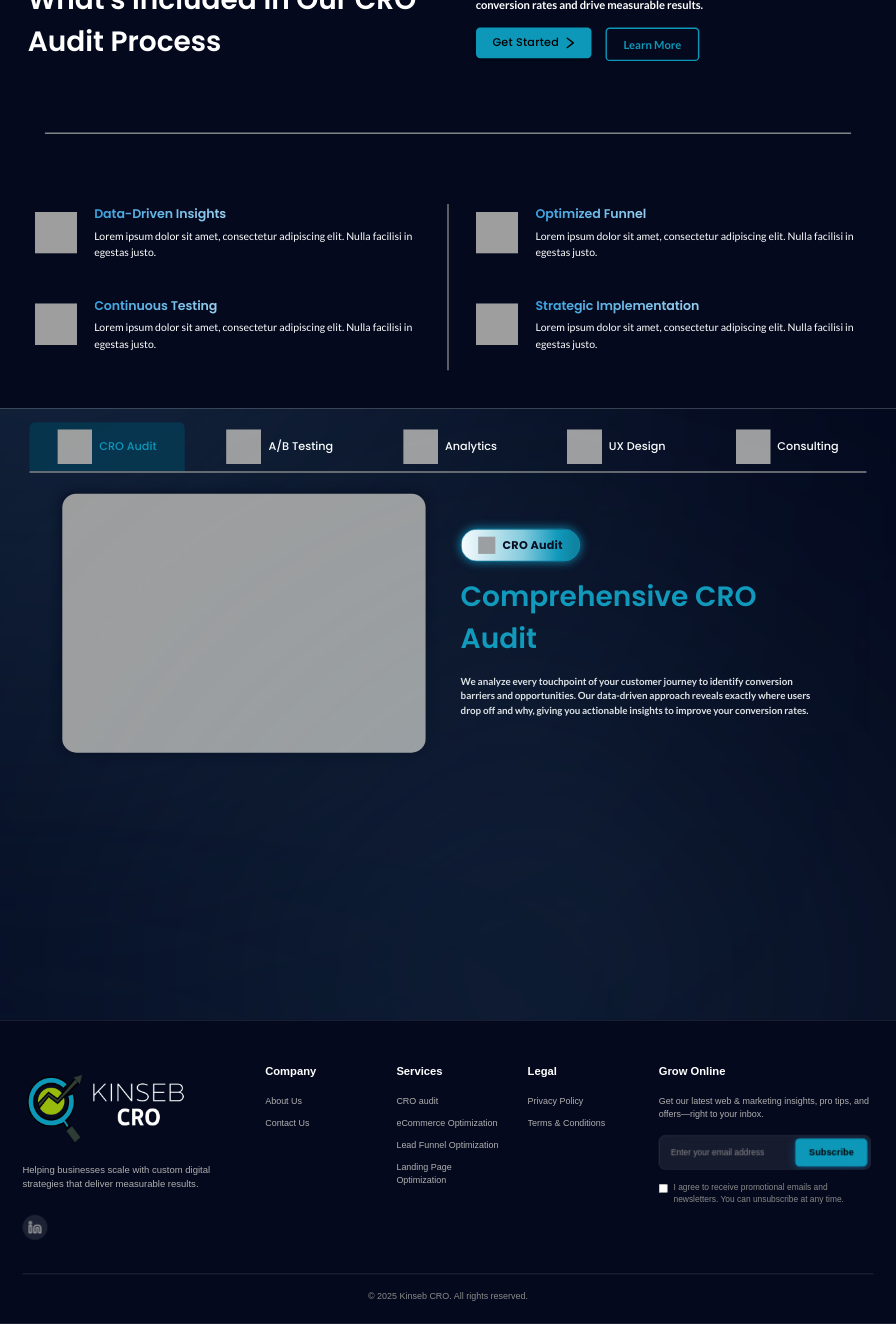
Repository: YahyaK01/kinseb
Page: /services
An editor plug-in stored every save of this project. The page is shown before and after the next save, followed by the edit.
The browser window is 1280 px wide. The pictures show the part of the page from y = 1815 to 3735 px (the page is 3707 px tall before and 3735 px after), at 70% of full size.
Pictures or frames that could not be fetched are drawn as grey boxes. The project was rebuilt for these pictures with package versions that can differ from the ones it lists, and the page was loaded fresh each time. Also part of the build but not shown: src/components/FAQ.js, src/components/CTA.jsx, src/components/MetricsSection.jsx, src/components/WhyCROMatter.jsx, src/components/Processsection.jsx, src/components/Hero.jsx, src/components/CEO.jsx, src/components/Testimonia.jsx and 14 more.

Above is the page before, as saved 2025-12-05 18:15:01.

### public/index.html
<!DOCTYPE html>
<html lang="en">
  <head>
    <meta charset="utf-8" />
    <link rel="icon" href="/images/website-logo.png" />
    <meta name="viewport" content="width=device-width, initial-scale=1" />
    <meta name="theme-color" content="#000000" />
    <meta
      name="description"
      content="Kinseb CRO - Your trusted partner for Conversion Rate Optimization. We specialize in data-driven CRO strategies, A/B testing, user experience optimization, and conversion funnel analysis to maximize your website's performance and ROI."
    />
    <meta name="keywords" content="conversion rate optimization, CRO services, A/B testing, conversion funnel optimization, user experience optimization, website optimization, Kinseb CRO, landing page optimization, conversion strategy, increase conversions" />
    <meta name="author" content="Kinseb CRO" />
    <meta property="og:title" content="Kinseb CRO - Conversion Rate Optimization Experts" />
    <meta property="og:description" content="Your trusted partner for data-driven Conversion Rate Optimization. We help businesses maximize their website conversions through strategic testing and optimization." />
    <meta property="og:image" content="/images/website-logo.png" />
    <meta property="og:type" content="website" />
    <meta name="twitter:card" content="summary_large_image" />
    <meta name="twitter:title" content="Kinseb CRO - Conversion Rate Optimization Experts" />
    <meta name="twitter:description" content="Your trusted partner for data-driven Conversion Rate Optimization. Turn more visitors into customers with strategic testing and optimization." />
    <meta name="twitter:image" content="/images/logo.png" />
    <link rel="apple-touch-icon" href="/images/logo.png" />

    <!-- Preconnect to Google Fonts (speeds up font loading) -->
    <link rel="preconnect" href="https://fonts.googleapis.com">
    <link rel="preconnect" href="https://fonts.gstatic.com" crossorigin>

    <!-- Async load fonts (non-blocking - won't delay page render) -->
    <link rel="preload" as="style" href="https://fonts.googleapis.com/css2?family=Poppins:wght@300;400;500;600;700&display=swap" onload="this.onload=null;this.rel='stylesheet'">
    <link rel="preload" as="style" href="https://fonts.googleapis.com/css2?family=Lato:wght@100;300;400;700;900&display=swap" onload="this.onload=null;this.rel='stylesheet'">

    <!-- Fallback for browsers without JavaScript -->
    <noscript>
      <link rel="stylesheet" href="https://fonts.googleapis.com/css2?family=Poppins:wght@300;400;500;600;700&display=swap">
      <link rel="stylesheet" href="https://fonts.googleapis.com/css2?family=Lato:wght@100;300;400;700;900&display=swap">
    </noscript>

    <!--
      manifest.json provides metadata used when your web app is installed on a
      user's mobile device or desktop. See https://developers.google.com/web/fundamentals/web-app-manifest/
    -->
    <link rel="manifest" href="%PUBLIC_URL%/manifest.json" />
    <!--
      Notice the use of %PUBLIC_URL% in the tags above.
      It will be replaced with the URL of the `public` folder during the build.
      Only files inside the `public` folder can be referenced from the HTML.

      Unlike "/favicon.ico" or "favicon.ico", "%PUBLIC_URL%/favicon.ico" will
      work correctly both with client-side routing and a non-root public URL.
      Learn how to configure a non-root public URL by running `npm run build`.
    -->
    <title>Kinseb CRO - Conversion Rate Optimization Experts</title>
  </head>
  <body>
    <noscript>You need to enable JavaScript to run this app.</noscript>
    <div id="root"></div>
    <!--
      This HTML file is a template.
      If you open it directly in the browser, you will see an empty page.

      You can add webfonts, meta tags, or analytics to this file.
      The build step will place the bundled scripts into the <body> tag.

      To begin the development, run `npm start` or `yarn start`.
      To create a production bundle, use `npm run build` or `yarn build`.
    -->
  </body>
</html>

### src/components/marquee.jsx
import React, { useEffect, useState } from 'react';

const TrustedBrands = () => {
  const [windowWidth, setWindowWidth] = useState(window.innerWidth);
  const [isPaused, setIsPaused] = useState(false);

  useEffect(() => {
    const handleResize = () => setWindowWidth(window.innerWidth);
    window.addEventListener('resize', handleResize);
    return () => window.removeEventListener('resize', handleResize);
  }, []);

  const brands = [
    { name: 'Brand 1', logo: '/images/8.png' },
    { name: 'Brand 2', logo: '/images/9.png' },
    { name: 'Brand 3', logo: '/images/10.png' },
    { name: 'Brand 4', logo: '/images/11.png' },
    { name: 'Brand 5', logo: '/images/12.png' },
  ];

  // Duplicate brands for seamless loop
  const duplicatedBrands = [...brands, ...brands, ...brands];

  const containerStyle = {
    display: 'flex',
    flexDirection: 'column',
    justifyContent: 'center',
    alignItems: 'center',
    padding: windowWidth < 768 ? '40px 0' : '50px 0',
    width: '100%',
    minHeight: windowWidth < 768 ? 'auto' : '228px',
    background: '#04091D',
    overflow: 'hidden',
    boxSizing: 'border-box',
  };

  const innerContainerStyle = {
    display: 'flex',
    flexDirection: 'column',
    alignItems: 'center',
    gap: windowWidth < 768 ? '24px' : '32px',
    width: '100%',
    maxWidth: '100%',
    overflow: 'hidden',
  };

  const titleStyle = {
    fontFamily: "'Lato', -apple-system, BlinkMacSystemFont, 'Segoe UI', sans-serif",
    fontWeight: 600,
    fontSize: windowWidth < 480 ? '16px' : '18px',
    lineHeight: '24px',
    textAlign: 'center',
    color: '#FDFFFA',
    margin: 0,
    padding: '0 16px',
  };

  const marqueeContainerStyle = {
    width: '100%',
    overflow: 'hidden',
    position: 'relative',
    maskImage: 'linear-gradient(to right, transparent, black 10%, black 90%, transparent)',
    WebkitMaskImage: 'linear-gradient(to right, transparent, black 10%, black 90%, transparent)',
  };

  const marqueeStyle = {
    display: 'flex',
    flexDirection: 'row',
    alignItems: 'center',
    gap: windowWidth < 480 ? '20px' : '40px',
    animation: isPaused ? 'none' : 'marquee 30s linear infinite',
    width: 'max-content',
    willChange: 'transform',
  };

  const cardStyle = {
    display: 'flex',
    flexDirection: 'row',
    justifyContent: 'center',
    alignItems: 'center',
    padding: windowWidth < 480 ? '12px 20px' : '16px 30px',
    minWidth: windowWidth < 480 ? '140px' : '180px',
    height: windowWidth < 480 ? '60px' : '72px',
    background: 'transparent',
    flexShrink: 0,
    cursor: 'pointer',
    transition: 'transform 0.3s ease',
  };

  const logoStyle = {
    width: windowWidth < 480 ? '80px' : windowWidth < 768 ? '100px' : '120px',
    height: 'auto',
    maxHeight: windowWidth < 480 ? '50px' : '60px',
    objectFit: 'contain',
    transition: 'transform 0.3s ease',
  };

  const keyframesStyle = `
    @keyframes marquee {
      0% {
        transform: translateX(0);
      }
      100% {
        transform: translateX(-33.333%);
      }
    }
  `;

  return (
    <>
      <style>{keyframesStyle}</style>
      <div style={containerStyle}>
        <div style={innerContainerStyle}>
          <h2 style={titleStyle}>Trusted by Leading Brands</h2>

          <div style={marqueeContainerStyle}>
            <div style={marqueeStyle}>
              {duplicatedBrands.map((brand, index) => (
                <div
                  key={index}
                  style={cardStyle}
                  onMouseEnter={() => setIsPaused(true)}
                  onMouseLeave={() => setIsPaused(false)}
                >
                  <img
                    src={brand.logo}
                    alt={brand.name}
                    style={logoStyle}
                  />
                </div>
              ))}
            </div>
          </div>
        </div>
      </div>
    </>
  );
};

export default TrustedBrands;

### src/components/ServiceTabSection.jsx
import React, { useEffect, useRef, useState } from 'react';

const ServiceTabSection = () => {
  const [isVisible, setIsVisible] = useState(false);
  const [activeTab, setActiveTab] = useState(0);
  const sectionRef = useRef(null);
  const contentAreaRef = useRef(null);

  useEffect(() => {
    const observer = new IntersectionObserver(
      ([entry]) => {
        if (entry.isIntersecting && !isVisible) {
          setIsVisible(true);

          setTimeout(() => {
            if (contentAreaRef.current) {
              contentAreaRef.current.scrollIntoView({
                behavior: 'smooth',
                block: 'start',
                inline: 'nearest'
              });
            }
          }, 100);
        }
      },
      {
        threshold: 0.1,
        rootMargin: '0px'
      }
    );

    if (sectionRef.current) {
      observer.observe(sectionRef.current);
    }

    return () => {
      if (sectionRef.current) {
        observer.unobserve(sectionRef.current);
      }
    };
  }, [isVisible]);

  // Wrapper Style
  const wrapperStyle = {
    width: '100%',
    background: '#04091D',
    position: 'relative',
    overflow: 'hidden',
  };

  // Main Container Style
  const containerStyle = {
    display: 'flex',
    flexDirection: 'column',
    justifyContent: 'center',
    alignItems: 'center',
    padding: '100px 0px',
    gap: '60px', // Reduced from 100px to 60px
    maxWidth: '1440px',
    margin: '0 auto',
    width: '100%',
    position: 'relative',
    isolation: 'isolate',
  };

  // Decorative Blur Ellipses - Updated positions
  const ellipse1Style = {
    position: 'absolute',
    width: '486px',
    height: '486px',
    left: '-213px',
    top: '-187px',
    background: 'linear-gradient(263.69deg, #FFFFFF -108.11%, #3AA1DE 98.19%)',
    filter: 'blur(400px)',
    pointerEvents: 'none',
    zIndex: 0,
  };

  const ellipse2Style = {
    position: 'absolute',
    width: '280px',
    height: '280px',
    left: '-151px',
    top: '1739px',
    background: 'linear-gradient(263.69deg, #FFFFFF -108.11%, #3AA1DE 98.19%)',
    filter: 'blur(350px)',
    pointerEvents: 'none',
    zIndex: 1,
  };

  const ellipse3Style = {
    position: 'absolute',
    width: '350px',
    height: '350px',
    left: '562px',
    top: '913px',
    background: 'linear-gradient(263.69deg, #FFFFFF -108.11%, #3AA1DE 98.19%)',
    filter: 'blur(350px)',
    pointerEvents: 'none',
    zIndex: 2,
  };

  const ellipse4Style = {
    position: 'absolute',
    width: '350px',
    height: '350px',
    left: '941px',
    top: '2277px',
    background: 'linear-gradient(263.69deg, #FFFFFF -108.11%, #3AA1DE 98.19%)',
    filter: 'blur(350px)',
    pointerEvents: 'none',
    zIndex: 3,
  };

  const ellipse5Style = {
    position: 'absolute',
    width: '267px',
    height: '267px',
    left: '139px',
    top: '2319px',
    background: 'linear-gradient(263.69deg, #FFFFFF -108.11%, #3AA1DE 98.19%)',
    filter: 'blur(275px)',
    pointerEvents: 'none',
    zIndex: 4,
  };

  // Header Section Styles
  const headerContainerStyle = {
    display: 'flex',
    flexDirection: 'column',
    alignItems: 'center',
    padding: '0px',
    gap: '30px',
    width: '100%',
    maxWidth: '1440px',
    zIndex: 5,
    opacity: isVisible ? 1 : 0,
    transform: isVisible ? 'translateY(0)' : 'translateY(30px)',
    transition: 'all 0.6s cubic-bezier(0.4, 0, 0.2, 1) 0.2s',
  };

  const headerInnerStyle = {
    display: 'flex',
    flexDirection: 'column',
    justifyContent: 'center',
    alignItems: 'center',
    padding: '0px',
    isolation: 'isolate',
    width: '1236px',
    maxWidth: '100%',
  };

  const headingStyle = {
    fontFamily: "'Poppins', sans-serif",
    fontWeight: 600,
    fontSize: '40px',
    lineHeight: '64px',
    textAlign: 'center',
    letterSpacing: '-0.03em',
    textTransform: 'capitalize',
    color: '#FFFFFF',
    margin: 0,
    width: '100%',
  };

  const paragraphStyle = {
    fontFamily: "'Lato', sans-serif",
    fontWeight: 400,
    fontSize: '14px',
    lineHeight: '28px',
    textAlign: 'center',
    letterSpacing: '-0.09px',
    color: '#FFFFFF',
    margin: 0,
    maxWidth: '692px',
  };

  // Content Area Wrapper Style
  const contentAreaWrapperStyle = {
    display: 'flex',
    flexDirection: 'column',
    gap: '30px', // Reduced from 40px to 30px
    width: '100%',
    zIndex: 5,
  };

  // Tabs Section Styles
  const tabsContainerStyle = {
    display: 'flex',
    flexDirection: 'column',
    justifyContent: 'center',
    alignItems: 'center',
    padding: '20px 40px 0px',
    width: '100%',
    maxWidth: '1440px',
    margin: '0 auto',
    opacity: isVisible ? 1 : 0,
    transition: 'all 0.6s cubic-bezier(0.4, 0, 0.2, 1) 0.3s',
  };

  const tabsRowStyle = {
    display: 'flex',
    flexDirection: 'row',
    justifyContent: 'space-between',
    alignItems: 'flex-start',
    padding: '0px',
    gap: '20px',
    width: '100%',
    maxWidth: '1196px',
    flexWrap: 'wrap',
  };

  const tabStyle = (isActive) => ({
    display: 'flex',
    flexDirection: 'row',
    justifyContent: 'center',
    alignItems: 'center',
    padding: '10px 30px',
    gap: '10px',
    minWidth: '200px',
    flex: '1 1 auto',
    height: '70px',
    borderRadius: '8px 8px 0px 0px',
    background: isActive ? '#07334C' : 'transparent',
    cursor: 'pointer',
    transition: 'all 0.3s ease',
    border: 'none',
  });

  const tabIconStyle = {
    width: '50px',
    height: '50px',
    flexShrink: 0,
  };

  const tabTextStyle = (isActive) => ({
    fontFamily: "'Poppins', sans-serif",
    fontWeight: 500,
    fontSize: '16px',
    lineHeight: '24px',
    color: isActive ? '#0D98BA' : '#FFFFFF',
    margin: 0,
    transition: 'all 0.3s ease',
  });

  const tabSeparatorStyle = {
    width: '100%',
    maxWidth: '1196px',
    height: '2px',
    background: '#848586',
    borderRadius: '10px',
    marginTop: '0px',
  };

  // Service Content Style
  const serviceContentStyle = {
    display: 'flex',
    flexDirection: 'column',
    justifyContent: 'center',
    alignItems: 'center',
    padding: '0px 89px',
    gap: '10px',
    width: '100%',
    maxWidth: '1440px',
    margin: '0 auto',
    zIndex: 6,
    opacity: isVisible ? 1 : 0,
    transform: isVisible ? 'translateY(0)' : 'translateY(30px)',
    transition: 'all 0.6s cubic-bezier(0.4, 0, 0.2, 1) 0.4s',
  };

  const serviceRowStyle = {
    display: 'flex',
    flexDirection: 'row',
    alignItems: 'center',
    padding: '0px 14px 0px 0px',
    gap: '50px',
    width: '100%',
    maxWidth: '1196px',
    flexWrap: 'wrap',
  };

  const serviceImageStyle = {
    width: '566px',
    height: '370px',
    maxWidth: '100%',
    backgroundSize: 'cover',
    backgroundPosition: 'center',
    boxShadow: '0px 0px 15px #04091D',
    borderRadius: '20px',
    flex: '1 1 400px',
  };

  const serviceTextContainerStyle = {
    display: 'flex',
    flexDirection: 'column',
    justifyContent: 'center',
    alignItems: 'flex-start',
    padding: '0px',
    gap: '20px',
    flex: '1 1 400px',
    minWidth: '300px',
    maxWidth: '566px',
  };

  const serviceBadgeStyle = {
    display: 'flex',
    flexDirection: 'row',
    justifyContent: 'center',
    alignItems: 'center',
    padding: '10px 24px',
    gap: '10px',
    background: 'linear-gradient(90deg, #FFFFFF 0%, #85CCDD 52.41%, #0D98BA 81.55%, #0B829F 95.26%)',
    border: '1px solid #0D94BB',
    boxShadow: '0px 0px 12px 2px rgba(13, 148, 187, 0.7)',
    borderRadius: '25px',
    cursor: 'default',
  };

  const badgeIconStyle = {
    width: '25px',
    height: '25px',
  };

  const badgeTextStyle = {
    fontFamily: "'Poppins', sans-serif",
    fontWeight: 700,
    fontSize: '16px',
    lineHeight: '24px',
    letterSpacing: '0.02em',
    color: '#04091D',
    margin: 0,
  };

  const serviceHeadingStyle = {
    fontFamily: "'Poppins', sans-serif",
    fontWeight: 600,
    fontSize: '40px',
    lineHeight: '60px',
    textTransform: 'capitalize',
    color: '#0D98BA',
    margin: 0,
  };

  const serviceDescriptionStyle = {
    fontFamily: "'Lato', sans-serif",
    fontWeight: 600,
    fontSize: '14px',
    lineHeight: '150%',
    letterSpacing: '-0.006em',
    color: '#E6E6E6',
    margin: 0,
  };

  // Tab Data
  const tabs = [
    { icon: '/path-to-icon-1.png', text: 'CRO Audit' },
    { icon: '/path-to-icon-2.png', text: 'A/B Testing' },
    { icon: '/path-to-icon-3.png', text: 'Analytics' },
    { icon: '/path-to-icon-4.png', text: 'UX Design' },
    { icon: '/path-to-icon-5.png', text: 'Consulting' },
  ];

  // Service Content Data
  const services = [
    {
      badge: 'CRO Audit',
      heading: 'Comprehensive CRO Audit',
      description: 'We analyze every touchpoint of your customer journey to identify conversion barriers and opportunities. Our data-driven approach reveals exactly where users drop off and why, giving you actionable insights to improve your conversion rates.',
      image: '/path-to-service-image.jpg',
    },
    {
      badge: 'A/B Testing',
      heading: 'Strategic A/B Testing',
      description: 'Test and validate changes before full implementation. Our systematic testing approach ensures every decision is backed by data, minimizing risk and maximizing ROI on your optimization efforts.',
      image: '/path-to-service-image-2.jpg',
    },
    {
      badge: 'Analytics',
      heading: 'Advanced Analytics',
      description: 'Deep dive into your data to uncover hidden patterns and opportunities. Our analytics expertise helps you understand user behavior and make informed decisions that drive growth.',
      image: '/path-to-service-image-3.jpg',
    },
    {
      badge: 'UX Design',
      heading: 'User Experience Design',
      description: 'Create intuitive, conversion-focused designs that guide users seamlessly through your funnel. Our UX experts craft experiences that delight users while driving business results.',
      image: '/path-to-service-image-4.jpg',
    },
    {
      badge: 'Consulting',
      heading: 'CRO Consulting',
      description: 'Get expert guidance on your conversion optimization strategy. Our consultants work with your team to build sustainable optimization processes and drive long-term growth.',
      image: '/path-to-service-image-5.jpg',
    },
  ];

  return (
    <div ref={sectionRef} style={wrapperStyle}>
      {/* Decorative Blur Ellipses */}
      <div style={ellipse1Style}></div>
      <div style={ellipse2Style}></div>
      <div style={ellipse3Style}></div>
      <div style={ellipse4Style}></div>
      <div style={ellipse5Style}></div>

      <div style={containerStyle}>
        {/* Header Section */}
        <div style={headerContainerStyle}>
          <div style={headerInnerStyle}>
            <h2 style={headingStyle}>How We Improve Your Conversions</h2>
          </div>
          <p style={paragraphStyle}>
            Comprehensive conversion rate optimization services to help you grow your business
          </p>
        </div>

        {/* Content Area Wrapper */}
        <div ref={contentAreaRef} style={contentAreaWrapperStyle}>
          {/* Tabs Section */}
          <div style={tabsContainerStyle}>
            <div style={tabsRowStyle}>
              {tabs.map((tab, index) => (
                <button
                  key={index}
                  style={tabStyle(activeTab === index)}
                  onClick={() => setActiveTab(index)}
                  onMouseEnter={(e) => {
                    if (activeTab !== index) {
                      e.currentTarget.style.background = 'rgba(7, 51, 76, 0.5)';
                    }
                  }}
                  onMouseLeave={(e) => {
                    if (activeTab !== index) {
                      e.currentTarget.style.background = 'transparent';
                    }
                  }}
                >
                  <img src={tab.icon} alt={tab.text} style={tabIconStyle} />
                  <span style={tabTextStyle(activeTab === index)}>{tab.text}</span>
                </button>
              ))}
            </div>
            <div style={tabSeparatorStyle}></div>
          </div>

          {/* Service Content */}
          <div style={serviceContentStyle}>
            <div style={serviceRowStyle}>
              <div
                style={{
                  ...serviceImageStyle,
                  backgroundImage: `url(${services[activeTab]?.image || services[0].image})`,
                }}
              ></div>
              <div style={serviceTextContainerStyle}>
                <div style={serviceBadgeStyle}>
                  <img src="/path-to-badge-icon.png" alt="badge" style={badgeIconStyle} />
                  <span style={badgeTextStyle}>
                    {services[activeTab]?.badge || services[0].badge}
                  </span>
                </div>
                <h3 style={serviceHeadingStyle}>
                  {services[activeTab]?.heading || services[0].heading}
                </h3>
                <p style={serviceDescriptionStyle}>
                  {services[activeTab]?.description || services[0].description}
                </p>
              </div>
            </div>
          </div>
        </div>
      </div>
    </div>
  );
};

export default ServiceTabSection;

Loaded but not shown: src/index.js (common file); src/index.css (common file); src/reportWebVitals.js (common file); src/components/Footer.js (596 lines, source omitted); src/App.js (30 lines, source omitted); src/Pages/ServicePage.js (20 lines, source omitted); src/components/Navbar.jsx (1589 lines, source omitted); src/components/WhyCROMattersSection.jsx (391 lines, source omitted); src/components/PainPointsSection.jsx (302 lines, source omitted); src/components/casestudieshero.jsx (294 lines, source omitted)

After the next save:
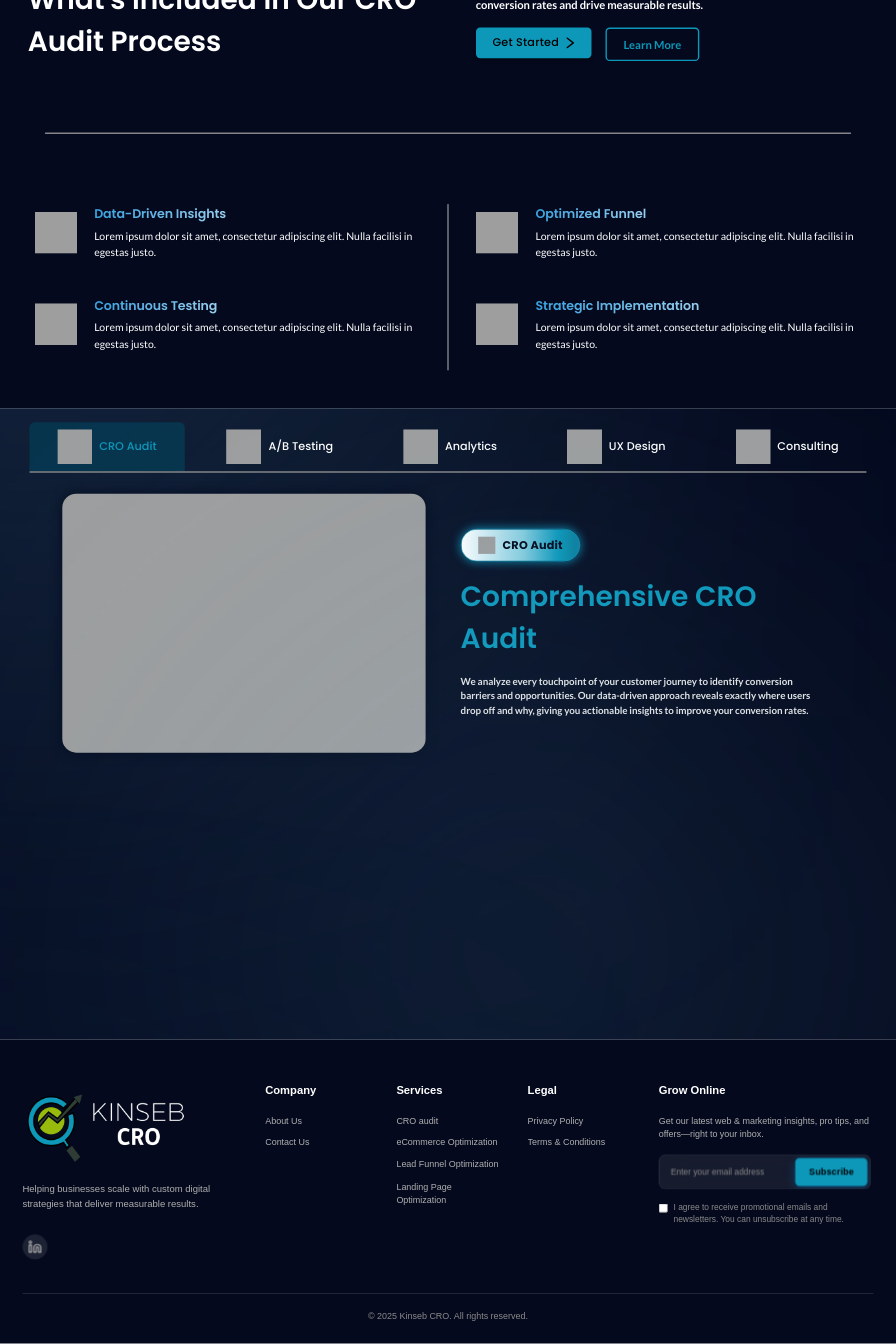
Saved 12 s later.
--- a/src/components/ServiceTabSection.jsx
+++ b/src/components/ServiceTabSection.jsx
@@ -411,7 +411,7 @@
             <h2 style={headingStyle}>How We Improve Your Conversions</h2>
           </div>
           <p style={paragraphStyle}>
-            Comprehensive conversion rate optimization services to help you grow your business
+            Each service is designed to solve a specific conversion problem — from finding what's broken to optimizing every step of your customer journey for measurable growth.
           </p>
         </div>
 
